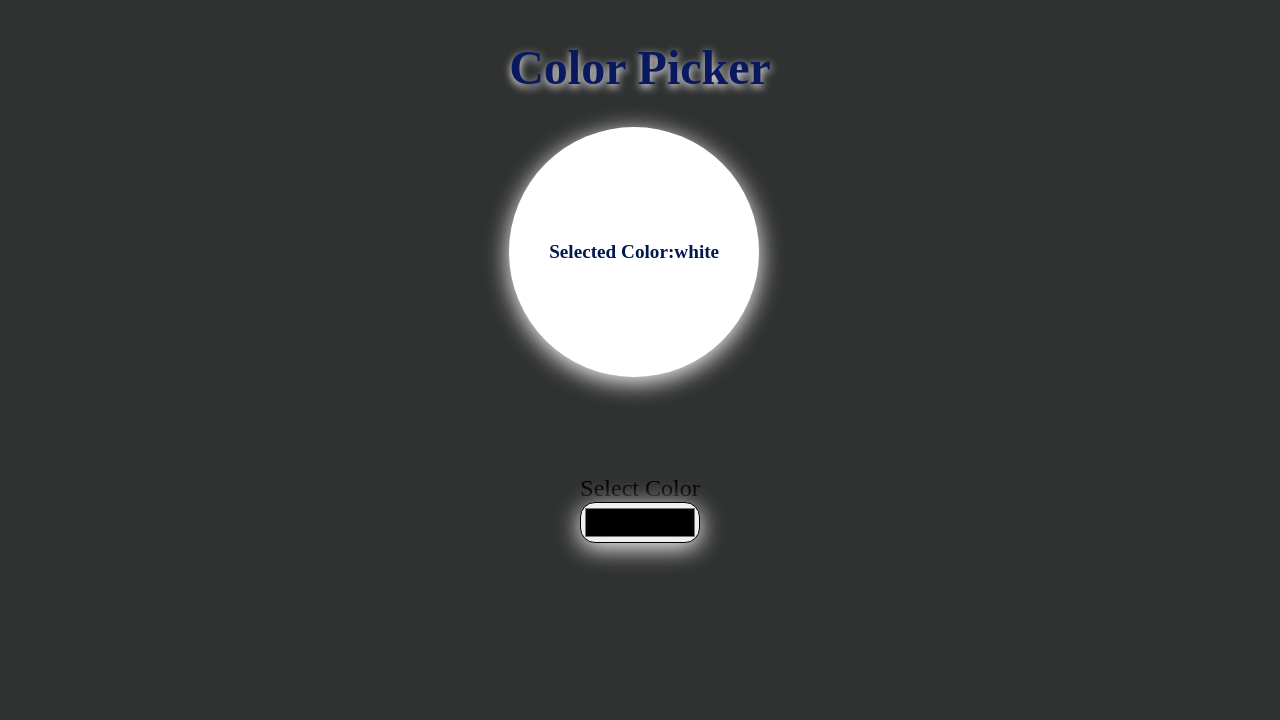
Repository: rkrukshan/Color-Picker--React-
Page: /
These files come from the project's save history. The page is drawn as it stood at one moment and after the next save; the edit follows.
The browser window is 1280 px wide. The pictures show the whole page.
The project was rebuilt for these pictures with package versions that can differ from the ones it lists, and the page was loaded fresh each time. Also part of the build but not shown: vite.config.js.

Above is the page before, as saved 2024-07-21 19:20:59.

### src/App.jsx
import ColorPicker from "./ColorPicker"

function App() {

  return (
    <>
    <ColorPicker/>
    </>
  )

}

export default App

### src/index.css
body {
  background-color: rgb(48, 49, 49);
}
.cp-container {
  text-align: center;
  display: grid;
  align-items: center;
  justify-content: center;
}
.heading {
  color: rgb(10, 25, 95);
  font-size: 3em;
  text-shadow: 0px 3px 9px rgb(255, 255, 255);
}
.color-pad {
  height: 250px;
  width: 250px;
  border-radius: 50%;
  box-shadow: 0px 5px 25px rgb(255, 255, 255);
  transition: 0.25s;
  display: flex;
  align-items: center;
  justify-content: center;
}
.selectedlabel {
  font-size: larger;
  font-weight: bolder;
  color: rgb(1, 24, 81);
}
.selectlabel {
  font-size: 1.5em;
}
.colorpicker {
  width: 9em;
  height: 41px;
  border-radius: 15px;
  box-shadow: 0px 5px 25px rgb(255, 255, 255);
  transition: 11s;
}
.btncp{
  margin-top: 5em;
}

### src/ColorPicker.jsx
import { useState } from "react";

function ColorPicker() {
  const [color, setColor] = useState("white");

  function updateColor(event) {
    setColor(event.target.value);
  }
  return (
    <div className="cp-container">
      <h1 className="heading">Color Picker</h1>
      <div className="color-pad" style={{ backgroundColor: color }}>
        <p htmlFor="cp" className="selectedlabel">
          Selected Color:{color}
        </p>
      </div>
      <br />
      <div className="btncp">
        <label htmlFor="scp" className="selectlabel">
          Select Color
        </label>
        <br />
        <input
          type="color"
          value={color}
          onChange={updateColor}
          className="colorpicker"
        />
      </div>
    </div>
  );
}
export default ColorPicker;

Loaded but not shown: index.html (common file); src/main.jsx (common file)

After the next save:
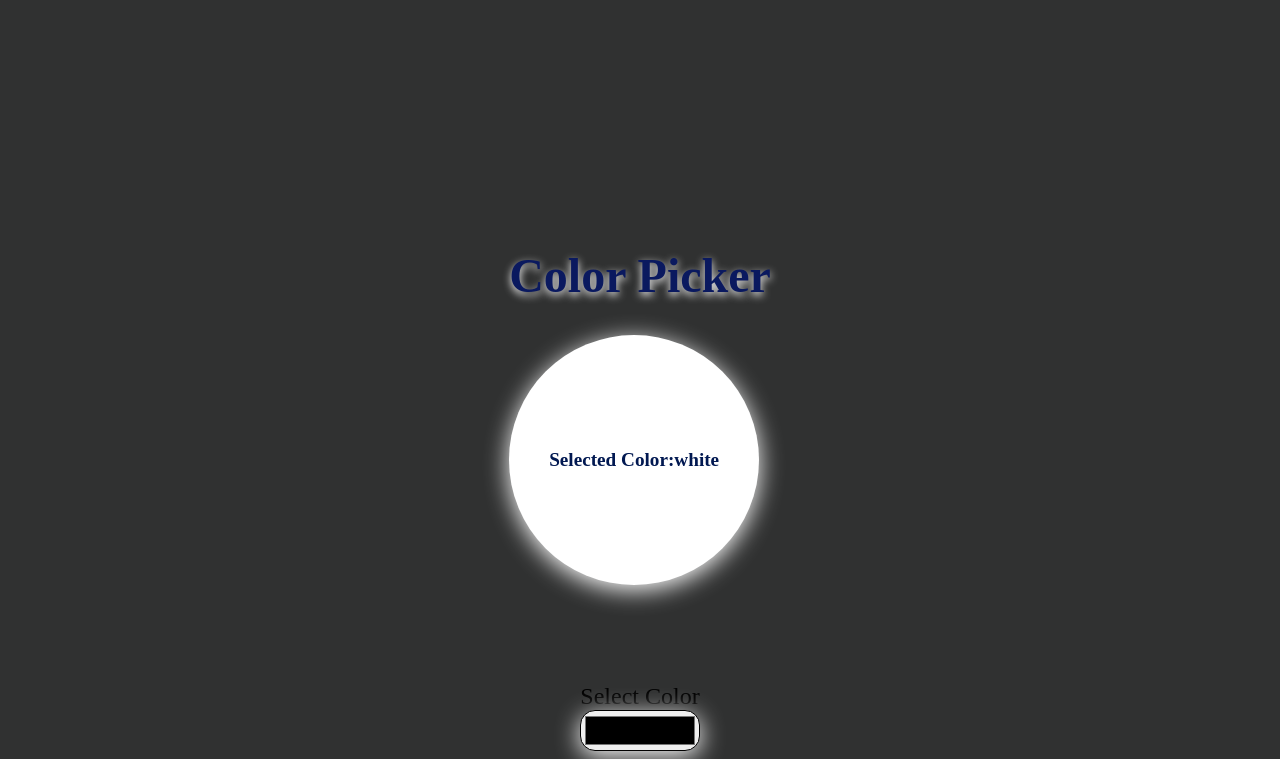
Saved 13 s later.
--- a/src/index.css
+++ b/src/index.css
@@ -11,6 +11,8 @@ body {
   color: rgb(10, 25, 95);
   font-size: 3em;
   text-shadow: 0px 3px 9px rgb(255, 255, 255);
+  margin-top: 5em;
+
 }
 .color-pad {
   height: 250px;
